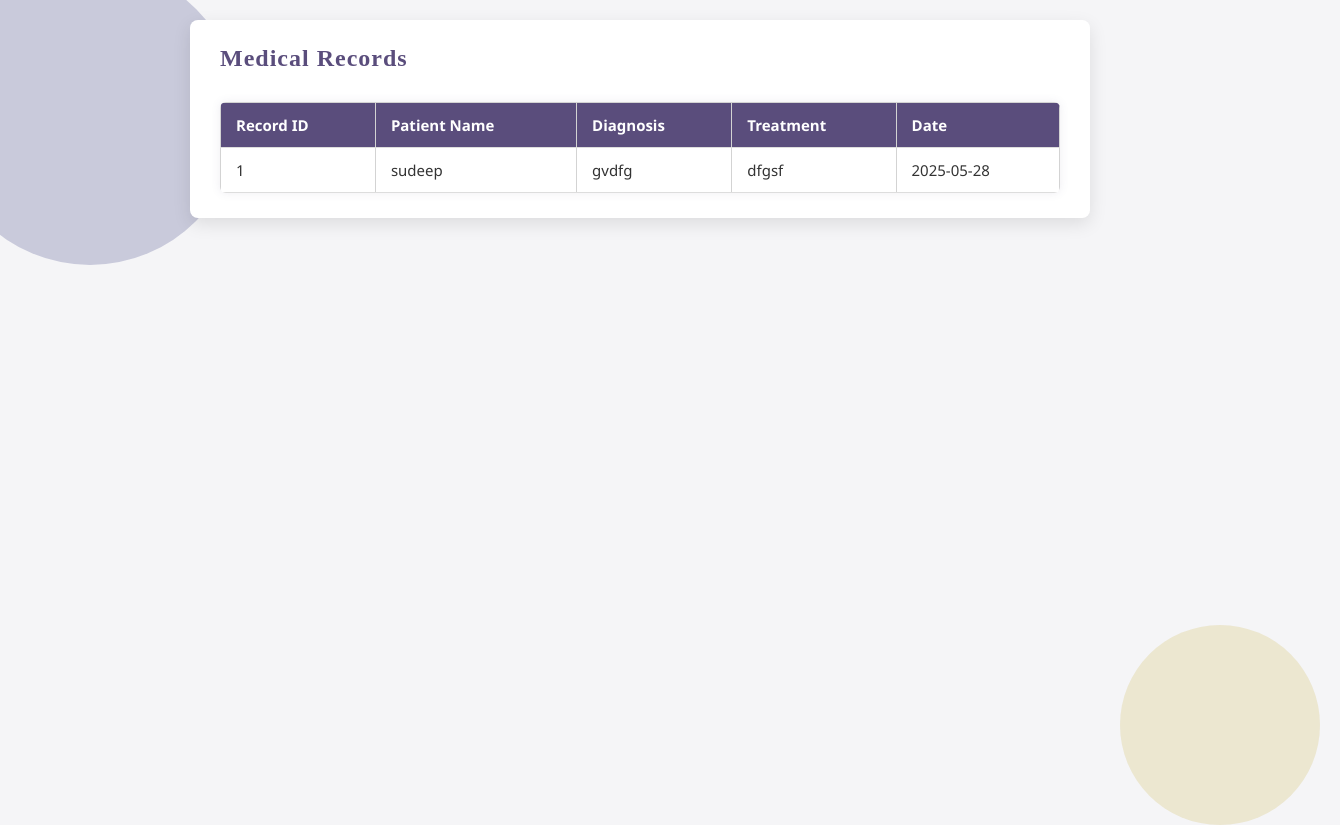
Repository: shreeshskatti/hospital_management_system
Page: http://localhost/medical_records/view_records.php
An editor plug-in stored every save of this project. The page is shown before and after the next save, followed by the edit.
The browser window is 1280 px wide. The page is 1320 px wide, then 1340 px, so the pictures cover 1340 px, including what lies to the right of the window. The pictures show the whole page.
Some web fonts or font styles are not loaded; a fallback is used. The page is run by PHP 8.4 with error messages shown; the project is at /var/www/html/. The database holds what the project's SQL file puts in it.

Above is the page before, as saved 2025-05-29 21:41:08.

After the next save:
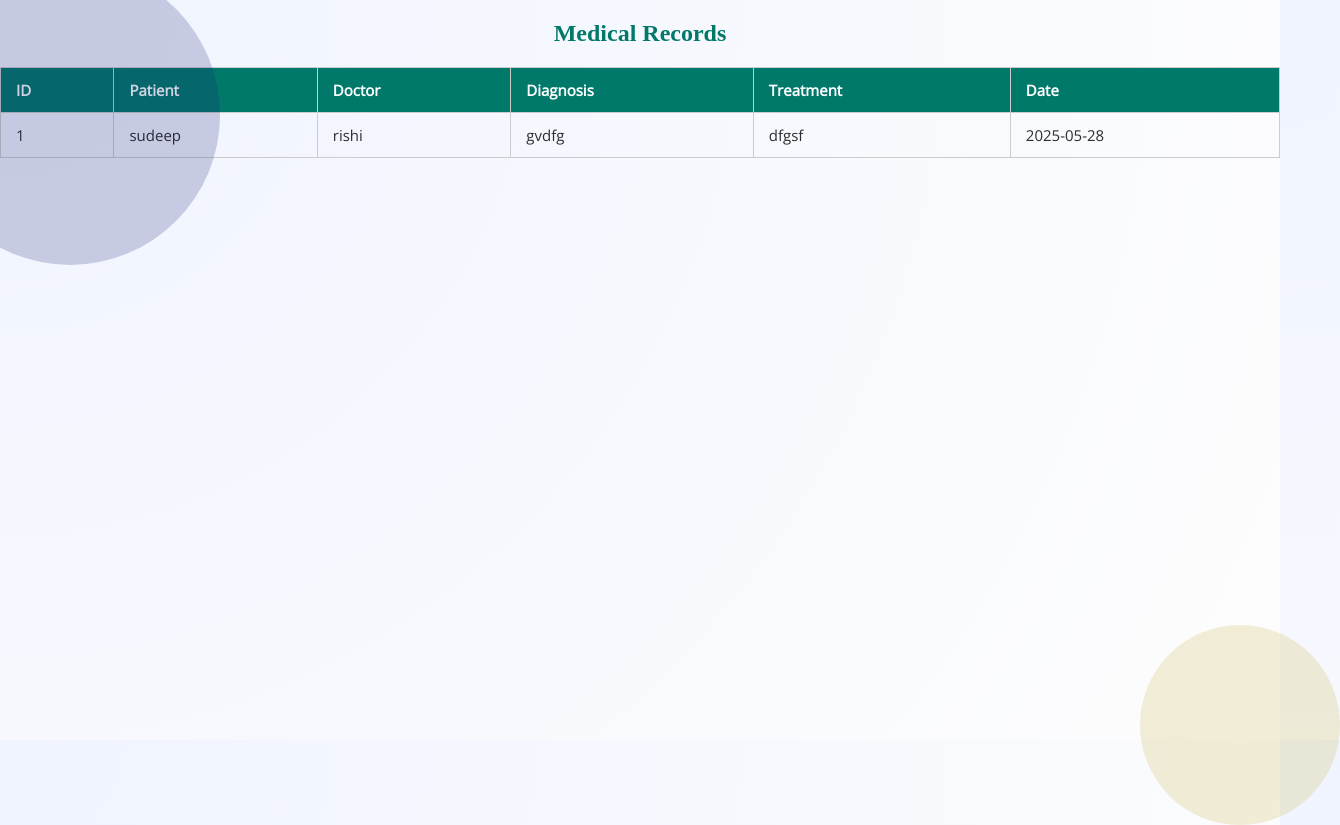
Saved 67 s later.
--- a/medical_records/view_records.php
+++ b/medical_records/view_records.php
@@ -1,89 +1,79 @@
-<?php include '../includes/db.php'; ?>
+<?php
+include '../includes/db.php';
+
+// Fetch medical records joined with patient and doctor names
+$sql = "SELECT mr.record_id, p.name AS patient_name, d.name AS doctor_name, mr.diagnosis, mr.treatment, mr.record_date
+        FROM medical_records mr
+        LEFT JOIN patients p ON mr.patient_id = p.patient_id
+        LEFT JOIN doctors d ON mr.doctor_id = d.doctor_id
+        ORDER BY mr.record_date DESC";
+
+$result = $conn->query($sql);
+?>
+
 <!DOCTYPE html>
-<html>
+<html lang="en">
 <head>
-  <title>Medical Records</title>
-  <link rel="stylesheet" href="../css/style.css">
+  <meta charset="UTF-8" />
+  <title>View Medical Records</title>
+  <link rel="stylesheet" href="../css/style.css" />
   <style>
-    /* Additional styling for a professional table look */
-    body {
-      font-family: 'Segoe UI', Tahoma, Geneva, Verdana, sans-serif;
-      background: #f5f5f7;
-      color: #333;
-      margin: 20px;
-    }
-    .container {
-      max-width: 900px;
-      margin: auto;
-      background: #fff;
-      padding: 25px 30px;
-      border-radius: 8px;
-      box-shadow: 0 6px 18px rgba(0,0,0,0.1);
-    }
-    h2 {
-      color: #5a4d7c;
-      margin-bottom: 20px;
-      font-weight: 700;
-      letter-spacing: 1px;
-    }
     table {
       width: 100%;
       border-collapse: collapse;
-      border-radius: 6px;
-      overflow: hidden;
-      box-shadow: 0 0 10px rgba(90, 77, 124, 0.1);
-    }
-    thead {
-      background-color: #5a4d7c;
-      color: #fff;
-      text-align: left;
-      font-weight: 600;
+      margin-top: 20px;
     }
     th, td {
       padding: 12px 15px;
-      border-bottom: 1px solid #ddd;
+      border: 1px solid #ccc;
+      text-align: left;
     }
-    tbody tr:hover {
-      background-color: #e0d9f7;
+    th {
+      background-color: #00796B;
+      color: white;
+    }
+    tr:nth-child(even) {
+      background-color: #f2f2f2;
+    }
+    h2 {
+      text-align: center;
+      margin-top: 20px;
+      color: #00796B;
     }
   </style>
 </head>
 <body>
-<div class="container">
+
   <h2>Medical Records</h2>
-  <table>
-    <thead>
-      <tr>
-        <th>Record ID</th>
-        <th>Patient Name</th>
-        <th>Diagnosis</th>
-        <th>Treatment</th>
-        <th>Date</th>
-      </tr>
-    </thead>
-    <tbody>
-      <?php
-      $sql = "SELECT r.record_id, p.name AS patient, r.diagnosis, r.treatment, r.record_date
-              FROM medical_records r
-              JOIN patients p ON r.patient_id = p.patient_id";
-      $result = $conn->query($sql);
 
-      if ($result && $result->num_rows > 0) {
-        while ($row = $result->fetch_assoc()) {
-          echo "<tr>
-                  <td>" . htmlspecialchars($row['record_id']) . "</td>
-                  <td>" . htmlspecialchars($row['patient']) . "</td>
-                  <td>" . htmlspecialchars($row['diagnosis']) . "</td>
-                  <td>" . htmlspecialchars($row['treatment']) . "</td>
-                  <td>" . htmlspecialchars($row['record_date']) . "</td>
-                </tr>";
-        }
-      } else {
-        echo "<tr><td colspan='5' style='text-align:center;'>No medical records found.</td></tr>";
-      }
-      ?>
-    </tbody>
-  </table>
-</div>
+  <?php if ($result && $result->num_rows > 0): ?>
+    <table>
+      <thead>
+        <tr>
+          <th>ID</th>
+          <th>Patient</th>
+          <th>Doctor</th>
+          <th>Diagnosis</th>
+          <th>Treatment</th>
+          <th>Date</th>
+        </tr>
+      </thead>
+      <tbody>
+        <?php while ($row = $result->fetch_assoc()): ?>
+        <tr>
+          <td><?php echo $row['record_id']; ?></td>
+          <td><?php echo htmlspecialchars($row['patient_name']); ?></td>
+          <td><?php echo htmlspecialchars($row['doctor_name']); ?></td>
+          <td><?php echo nl2br(htmlspecialchars($row['diagnosis'])); ?></td>
+          <td><?php echo nl2br(htmlspecialchars($row['treatment'])); ?></td>
+          <td><?php echo $row['record_date']; ?></td>
+        </tr>
+        <?php endwhile; ?>
+      </tbody>
+    </table>
+  <?php else: ?>
+    <p style="text-align:center; margin-top: 30px;">No medical records found.</p>
+  <?php endif; ?>
+
 </body>
 </html>
